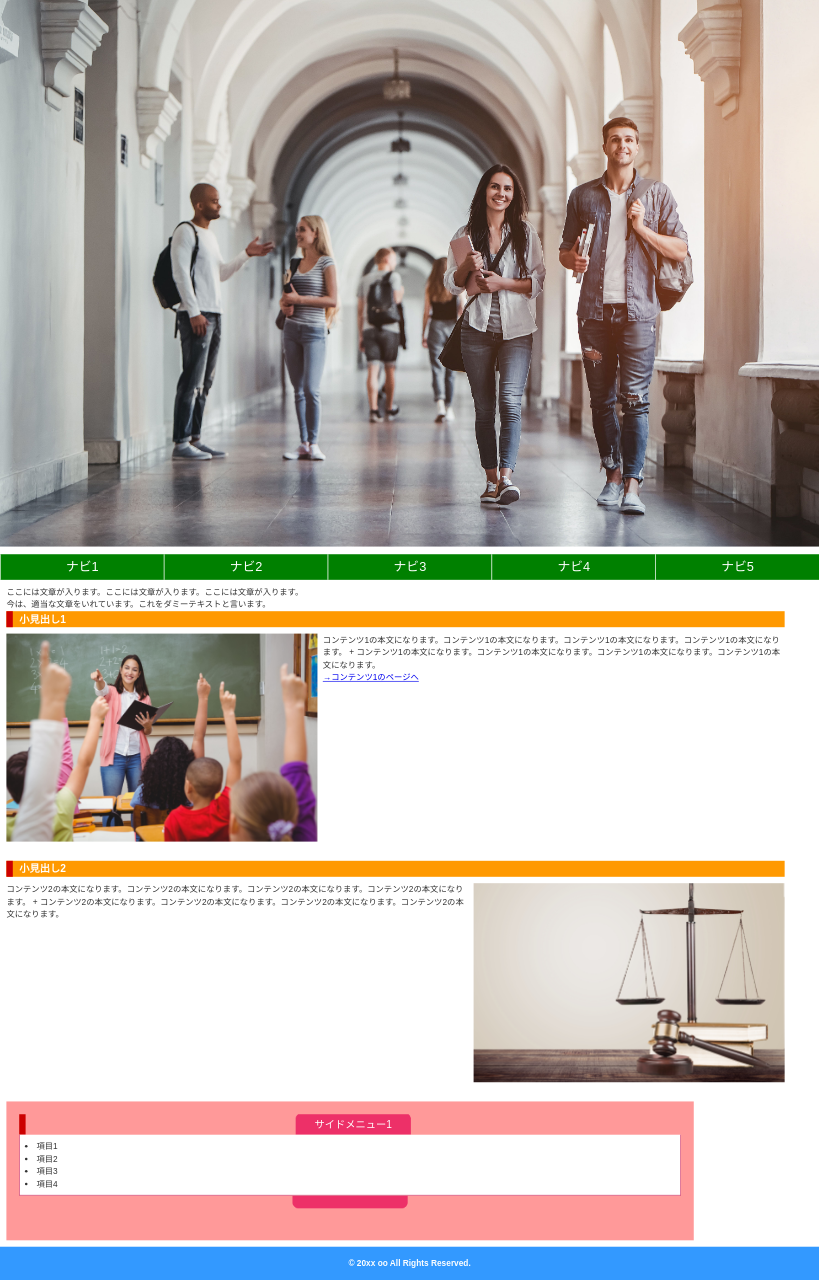
Repository: hikaru1226/samurai_HTML-CSS
Page: home.html
The author's editor kept a record of every edit. The page is drawn from the files as they stood at one moment, then again after the next edit.
The browser window is 1280 px wide. The pictures show the whole page, at 64% of full size.

Above is the page before.

After the next edit:
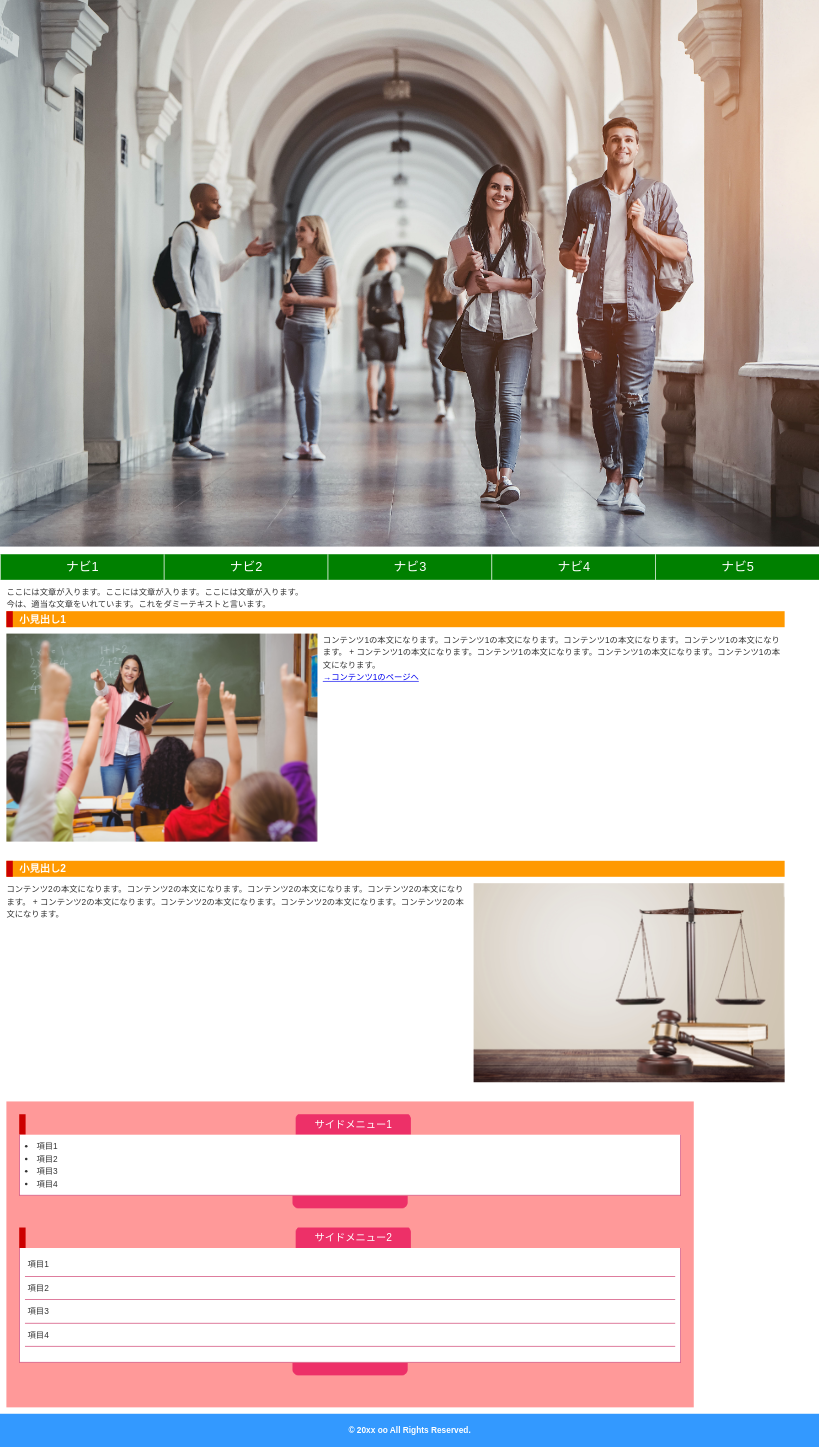
The edit:
--- a/home.html
+++ b/home.html
@@ -52,6 +52,17 @@
                         </ul>
                     </div>
                 </div>
+                <div class="box">
+                    <h2>サイドメニュー2</h2>
+                    <div class="boxBody">
+                        <ul>
+                            <li>項目1</li>
+                            <li>項目2</li>
+                            <li>項目3</li>
+                            <li>項目4</li>
+                        </ul>
+                    </div>
+                </div>
             </div>
         </div>
         <div id="footer">
